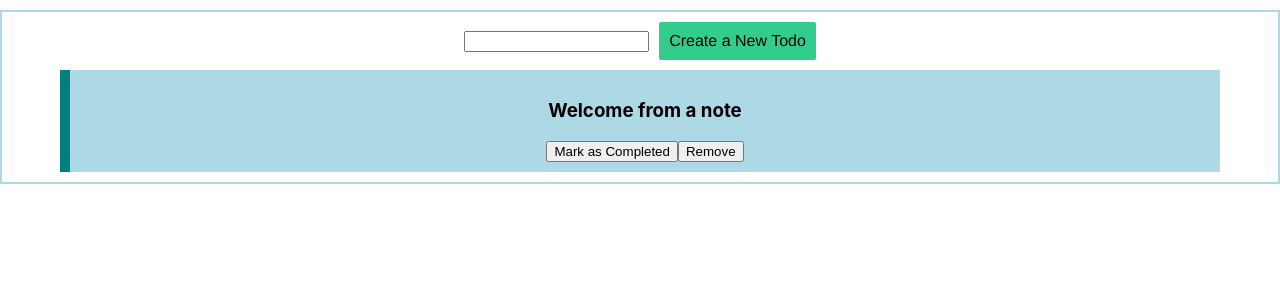
Repository: CaptainStorm21/react-ecosystem-course
Page: /
An editor plug-in stored every save of this project. The page is shown before and after the next save, followed by the edit.
The browser window is 1280 px wide. The pictures show the whole page.
The project was rebuilt for these pictures with package versions that can differ from the ones it lists, and the page was loaded fresh each time.

Above is the page before, as saved 2020-05-30 17:45:27.

### src/App.js
import React from 'react';
import './App.css';
import TodoList from './todos/TodoList'

function App() {
  return (
    <div className="App">
      <TodoList/>
    </div>
  );
}

export default App;

### src/todos/TodoList.js
import React from 'react';
import NewTodoForm from './NewTodoForm';
import TodoListItem from './TodoListItem';
import './TodoList.css';


const TodoList = ({ todos = [{ text: "Welcome from a note" }] }) => (
    <div className="list-wrapper">
        <NewTodoForm/>
        {todos.map(todo => <TodoListItem todo={todo} />)}
    </div>
)

export default TodoList;

### src/todos/NewTodoForm.js
import React, { useState } from 'react';
import './NewTodoForm.css';

const NewTodoForm = () => {
    const [inputValue, setInputValue] = useState(' ');
   return (
        <div className="new-todo-form">
           <input className="new-todo-input"
               type="text"
               value={inputValue}
               onChange = { e => setInputValue (e.target.value)}
           />
            <button className="newTodo">Create a New Todo</button>
        </div>
    );
};
export default NewTodoForm;

### src/todos/TodoListItem.js
import React from "react";

const TodoListItem = ({ todo }) => (
  <div className="todo-item-container">
    <h3>{todo.text}</h3>
    <div className="button -container">
      <button className="completed-button"> Mark as Completed</button>
      <button className="remove-button"> Remove</button>
    </div>
  </div>
);

export default TodoListItem;

### src/todos/TodoList.css
.list-wrapper{
    border: 2px solid lightblue;
    padding: 10px;
    margin-top: 10px;
}

### src/todos/NewTodoForm.css
.todo-item-container{
    width: 90%;
    margin: 0 auto;
    padding: 10px;
    border-left: 10px solid teal;
    background-color: lightblue;
    margin-top: 10px;
}

.newTodo{
    background-color: rgb(50, 205, 140);
    padding: 10px;
    border: 0;
    margin-left: 10px;
    font-size: medium;
    font-family: 'Franklin Gothic Medium', 'Arial Narrow', Arial, sans-serif;
    border-radius: 2px;
}

.new-todo-input{

}

Loaded but not shown: public/index.html (common file); src/index.js (common file); src/index.css (common file); src/serviceWorker.js (common file); src/App.css (common file)

After the next save:
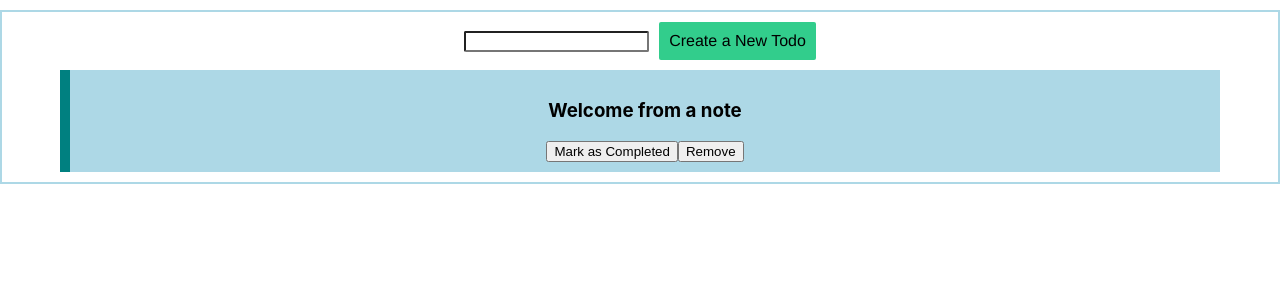
Saved 6 s later.
--- a/src/todos/NewTodoForm.css
+++ b/src/todos/NewTodoForm.css
@@ -18,5 +18,5 @@
 }
 
 .new-todo-input{
-
+        border-radius: 2px;
 }
